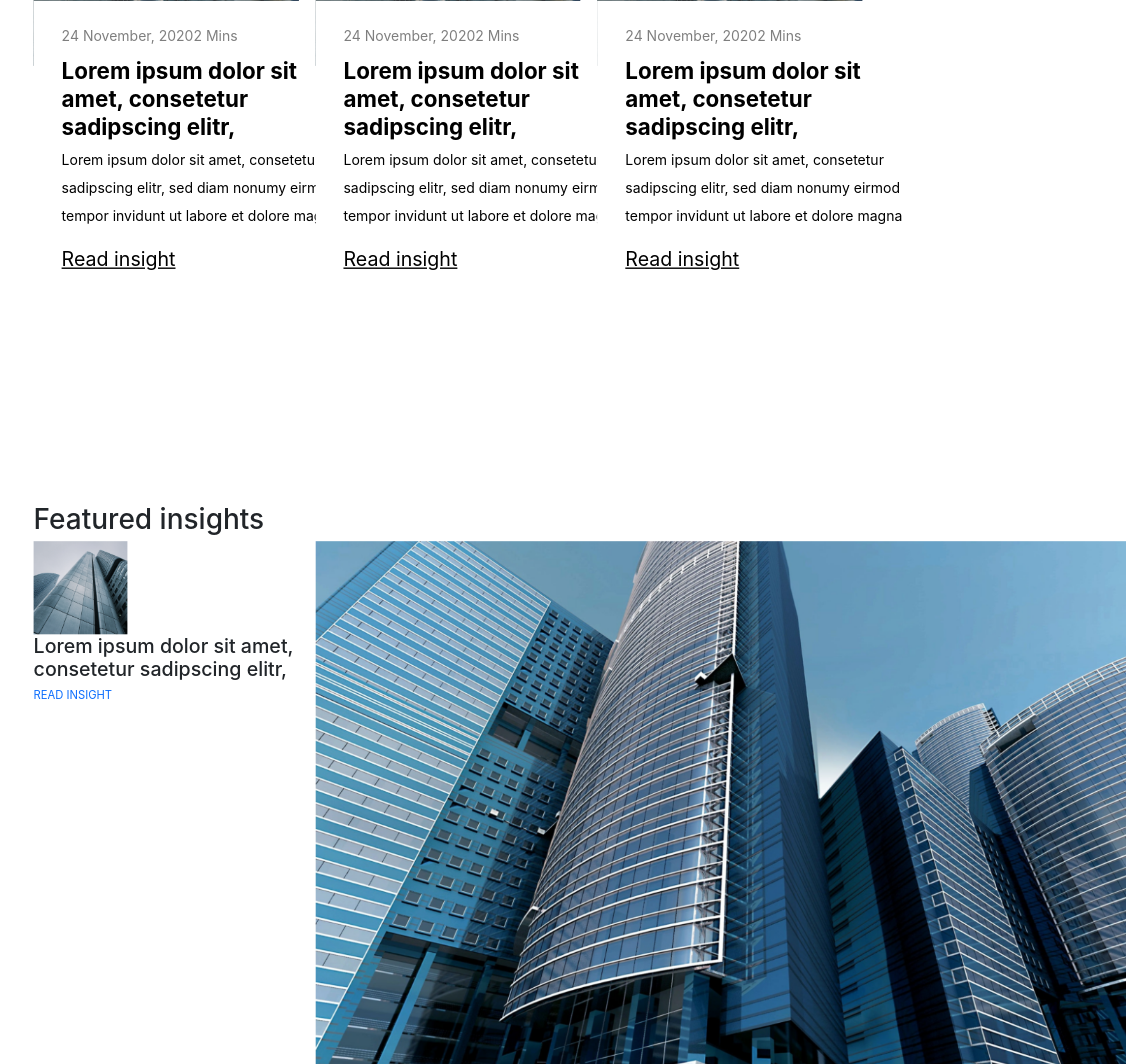
Repository: arif286/Business-webpage
Page: /
An editor plug-in stored every save of this project. The page is shown before and after the next save, followed by the edit.
The browser window is 1280 px wide. The page is 1609 px wide, so the pictures cover 1609 px, including what lies to the right of the window. The pictures show the part of the page from y = 1563 to 3083 px (the page is 3104 px tall before and 2581 px after), at 70% of full size.
The project was rebuilt for these pictures with package versions that can differ from the ones it lists, and the page was loaded fresh each time. Also part of the build but not shown: src/components/MainHeader/MainHeader.css, src/components/NotFound/NotFound.js.

Above is the page before, as saved 2021-05-27 13:43:28.

After the next save:
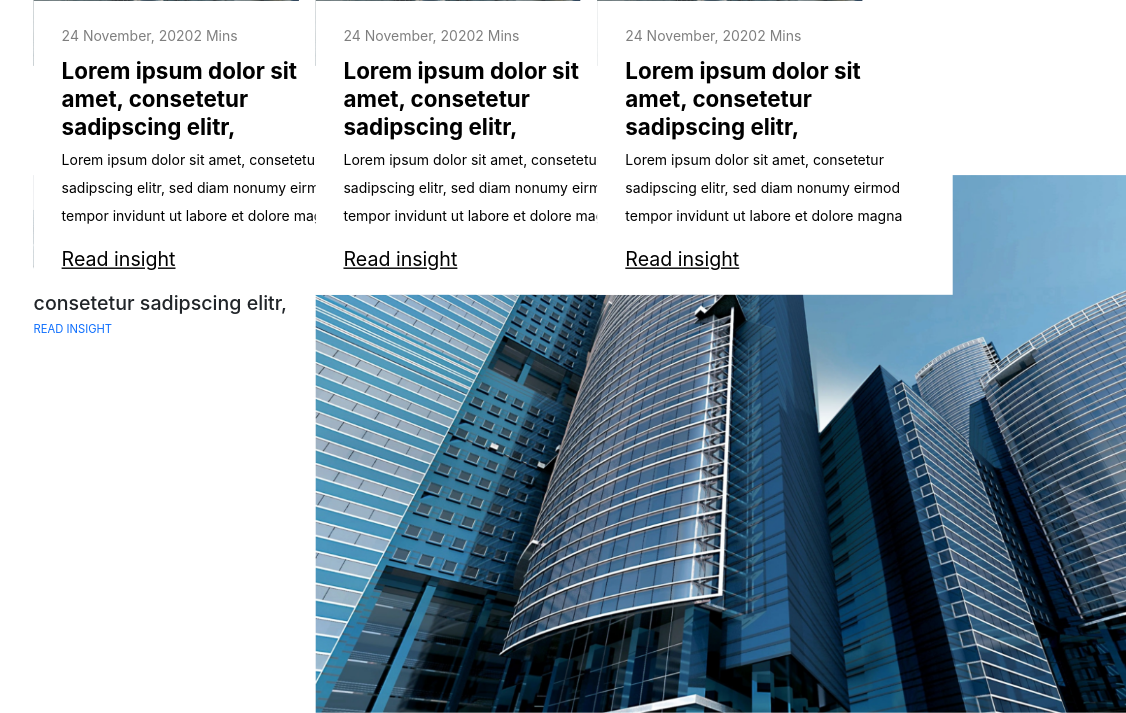
Saved 14 s later.
--- a/src/components/Blog/Blog.css
+++ b/src/components/Blog/Blog.css
@@ -1,5 +1,5 @@
 .event-area {
-  height: 980px;
+  padding-bottom: 100px;
 }
 .single-top p {
   font-size: 20px;

After the save that followed:
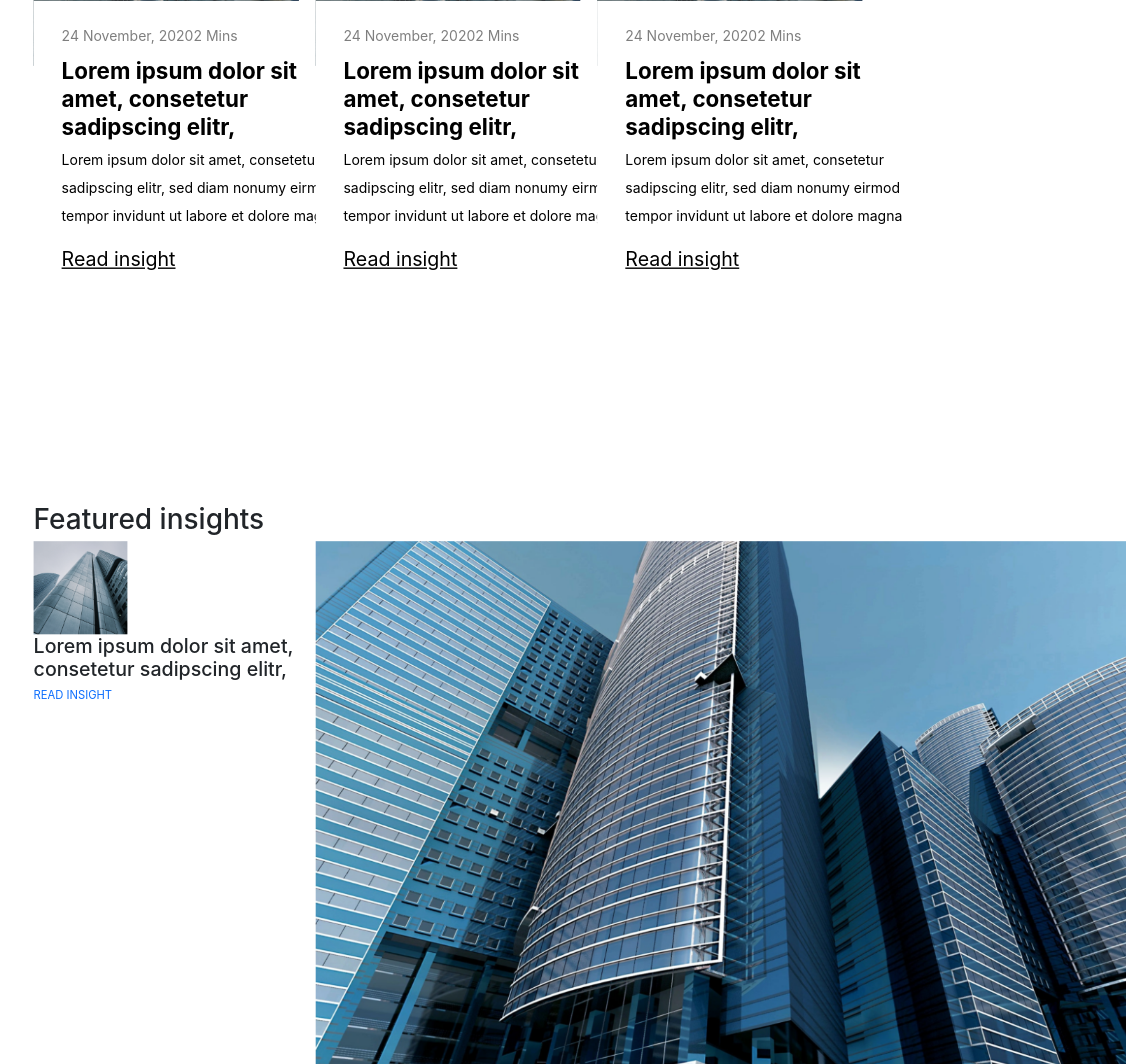
Saved 63 s later.
--- a/src/components/Blog/Blog.css
+++ b/src/components/Blog/Blog.css
@@ -1,5 +1,7 @@
 .event-area {
-  padding-bottom: 100px;
+  height: 980px;
+  padding-bottom: 0;
+  background: #fff;
 }
 .single-top p {
   font-size: 20px;
